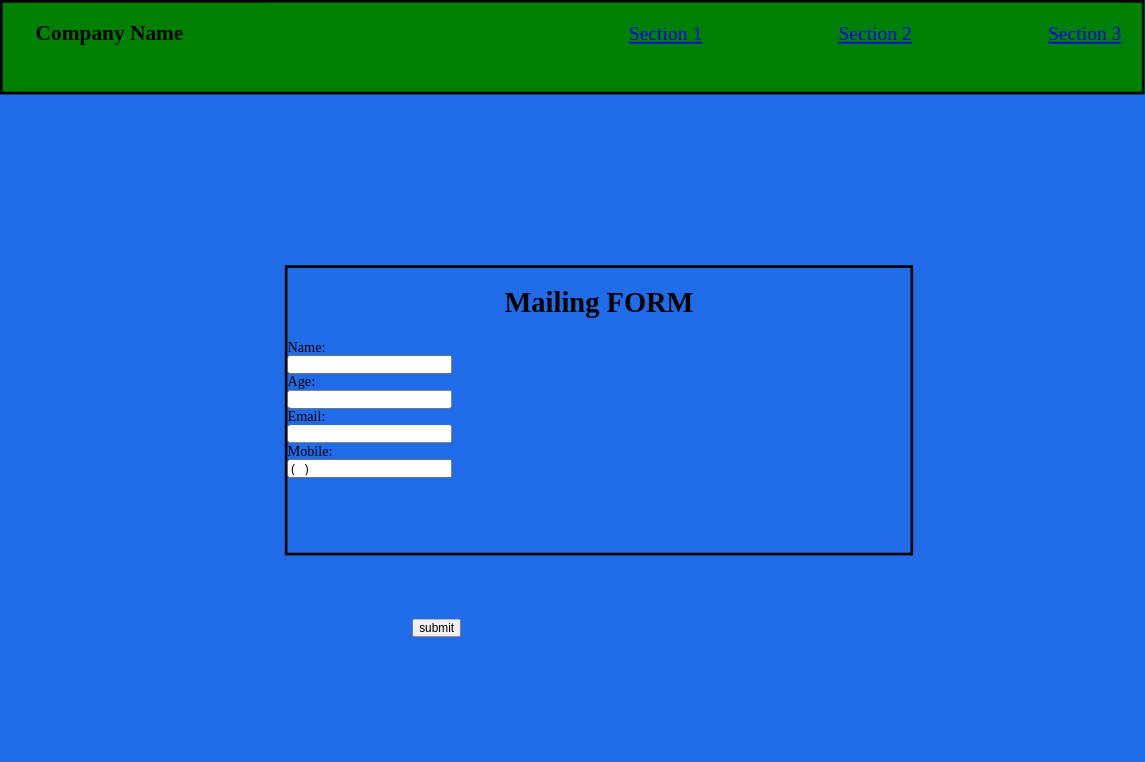
Repository: helloneibor/Project2
Page: section3.html
The author's editor kept a record of every edit. The page is drawn from the files as they stood at one moment, then again after the next edit.
The browser window is 1280 px wide. The page is 1286 px wide, so the pictures cover 1286 px, including what lies to the right of the window. The pictures show the whole page, at 89% of full size.

Above is the page before.

### section3.html
<!DOCTYPE html>
<html lang="en">
<head>
    <meta charset="UTF-8">
    <meta name="viewport" content="width=device-width, initial-scale=1.0">
    <meta http-equiv="X-UA-Compatible" content="ie=edge">
    <link rel="stylesheet"href="css/main.css"type="text/css" />
    <title> Project 2 </title>
</head>
<body>
        <header>
            <h2>Company Name</h2>
            <nav class="header_nav">
                <ul>
                    <li class="li1"><a href="section1.html">Section 1</a></li>
                    <li class="li1"><a href="section2.html">Section 2</a></li>
                    <li class="li1"><a href="section3.html">Section 3</a></li>
                </ul>
            </nav>
        </header>
            <form action="https://github.com/helloneibor/Project2" method="post">
                    <h1> Mailing FORM </h1>
                <label for="Name">Name:</label>
                <input class="form_one" type="text" name="Name"/>
                <label for="Age">Age:</label>
                <input class="form_one" type="text" name="Age"/>
                <label for="Email">Email:</label>
                <input class="form_one" type="text" name="Email"/>
                <label for="Mobile">Mobile:</label>
                <input class="form_one" type="text" name="Mobile" value="(   )"/><br>
                    <input id="submit_one" type="submit" value="submit"/>
                </form>
    </body>
        </html>

### css/main.css
body {
    background-color: #206ce8;
/*    border-style: solid;
    border-color: black;
    border-width: 5px;*/
    margin: 0px;
    padding: 0px;
}

header {
    height: 100px;
    background-color: green;
    border-bottom-color: black;
    border-style: solid;
    border-color: black;
    width: 100%;
    display: inline-block;
}

.header_nav {
    background-color: green;
    display:inline-block;
    width: 75%;
    text-align: right;
    font-size: 22px;
}

.header_nav .li1 {
    display: inline-block;
    width: 15%;
    text-align: right;
    margin-left: 10%;
}

h2 {
    width:20%;
    display: inline-block;
    margin-left: 37px;
}

#footer_head {
    width:20%;
    display: inline-block;
    margin-left: 10px;
}

footer {
    height: 100px;
    background-color: green;
    border-bottom-color: black;
    border-style: solid;
    border-color: black;
    width: 100%;
    display: inline-block;
    margin-top: 33%;
}

.para_footer {
    display:inline-block;
    text-align: right;
    margin-left: 33%;
    margin-right: 0px;
}

.countainer {
    width: 100%;
    height: 100%;
    margin-top: 25%;
}

.col3 {
    width: 20%;
    height: 20%;
    display: inline-block;
}

div {
    display: inline-block;
    width: 14%;
    height: 200px;
    margin-left: 100px;
    border-color: black;
    border-width: 3px;
    border-style: solid;
}

.img_one {
    height: 140px;
    width: 140px;
    margin:3px;
}

.div_foot {
    color: black;
    font-size: 20px;
}

form {
    height: 320px;
    width: 700px;
    border-color: black;
    border-width: 3px;
    border-style: solid;
    margin-left: 25%;
    margin-top: 15%;
}

.form_one {
    display: block;
}

form h1 {
    text-align: center;
    text-decoration: bold;
}

#submit_one {
    margin: 20%;
}

After the next edit:
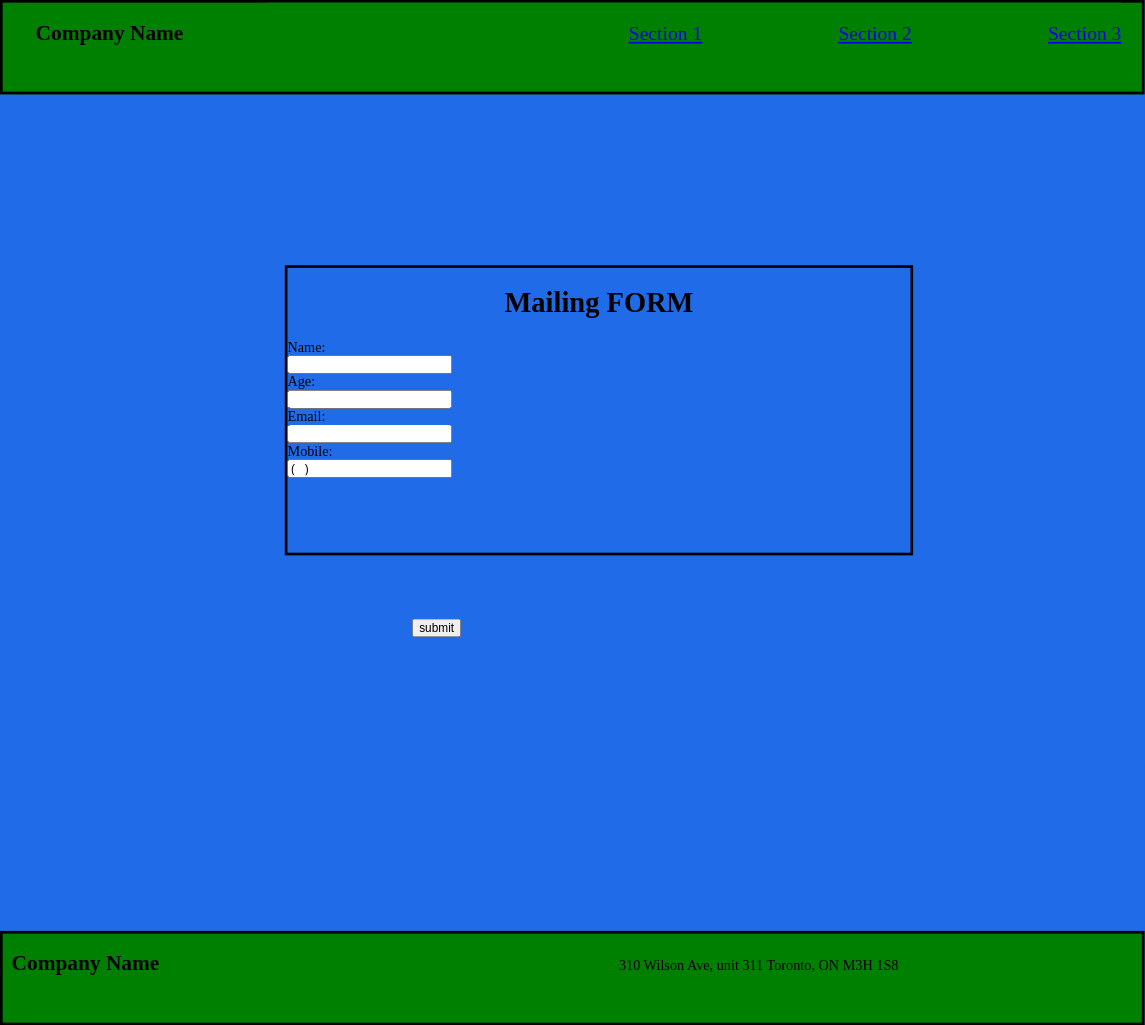
The edit:
--- a/section3.html
+++ b/section3.html
@@ -30,5 +30,13 @@
                 <input class="form_one" type="text" name="Mobile" value="(   )"/><br>
                     <input id="submit_one" type="submit" value="submit"/>
                 </form>
+                     <footer>
+            <nav class="footer_nav">
+                <h2 id="footer_head"> Company Name </h2>
+                <p class="para_footer"> 310 Wilson Ave,
+                unit 311
+                Toronto, ON M3H 1S8 </p>
+            </nav>
+        </footer>
     </body>
         </html>
